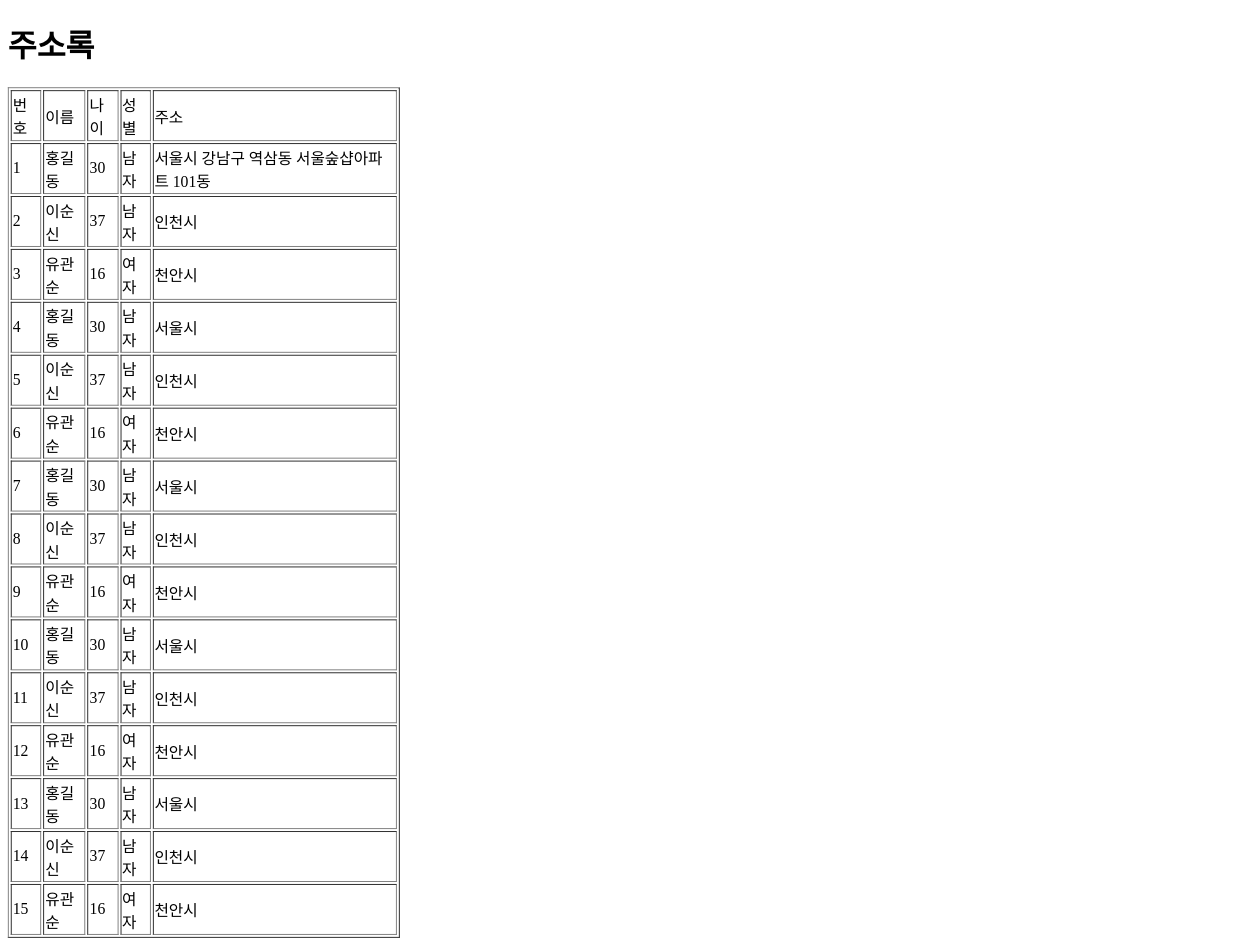
Repository: heoSuKyeong/client_Ssanyong
Page: ClientTest/src/main/webapp/html/ex16_table.html
The author's editor kept a copy of each file at every save. The page is drawn from the files as they stood at one save, then again after the next save.
The browser window is 1280 px wide. The pictures show the whole page, at 98% of full size.

Above is the page before, as saved 2023-09-21 00:51:42.

After the next save:
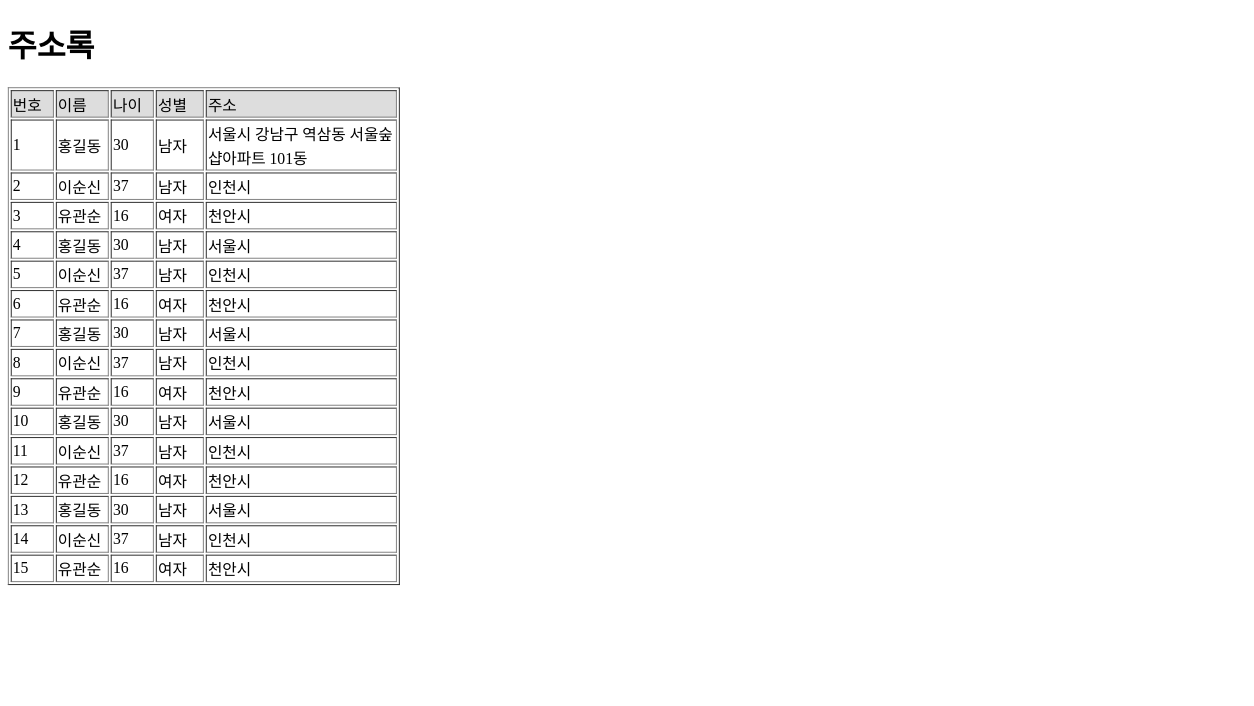
Saved 17 min 45 s later.
--- a/ClientTest/src/main/webapp/html/ex16_table.html
+++ b/ClientTest/src/main/webapp/html/ex16_table.html
@@ -9,7 +9,9 @@
 테이블 작업
 1. 기본 작업(table, tr, td)
 2. 데이터 작성
-3. 테이블 크기 조절
+3. 테이블 크기 조절(전체 너비 조절 후 열 너비 조절)
+-
+- 높이는 데이터가 추가, 삭제 될때마다 변경해야하기 때문에 대부분 표의 높이는 조절하지 않는다.
 
 	 -->
 
@@ -17,12 +19,12 @@
 
 	<table border="1" width="400">
 		<!-- 테이블 헤더 -->
-		<tr>
-			<td>번호</td>
-			<td>이름</td>
-			<td>나이</td>
-			<td>성별</td>
-			<td>주소</td>
+		<tr bgcolor="#DDDDDD">
+			<td width="60">번호</td>
+			<td width="80">이름</td>
+			<td width="60">나이</td>
+			<td width="70">성별</td>
+			<td width="330">주소</td>
 		</tr>
 
 		<!-- 테이블 본문(데이터) -->
